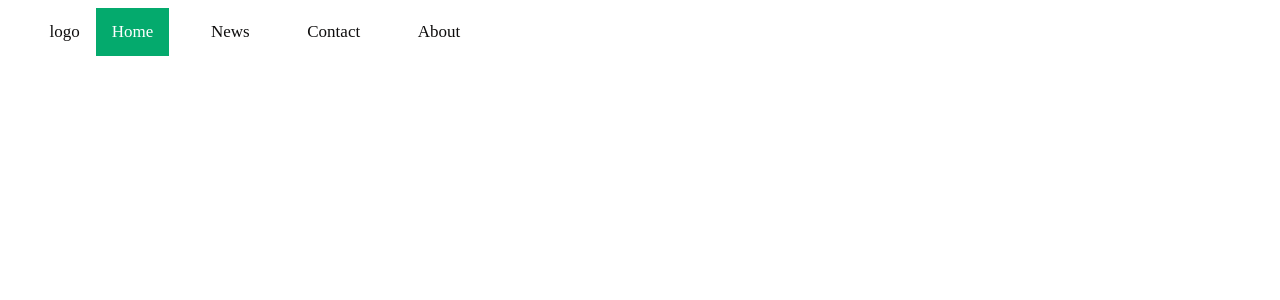
Repository: heartcut/NEWBCOINsite
Page: index.html
The author's editor kept a copy of each file at every save. The page is drawn from the files as they stood at one save, then again after the next save.
The browser window is 1280 px wide. The pictures show the whole page.

Above is the page before, as saved 2022-02-07 23:30:08.
Not found: js/scripts.js

After the next save:
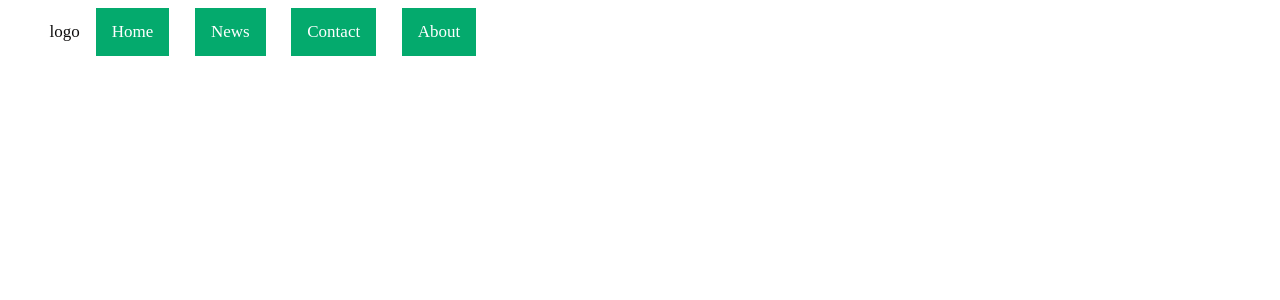
Saved 35 s later.
--- a/index.html
+++ b/index.html
@@ -28,10 +28,10 @@
     <div class="topnav">
         <a href="#news" style="margin-left:2vw;">logo</a>
 
-        <a class="active" style="margin-right:2vw;" href="#home">Home</a>
-        <a href="#news" style="margin-right:2vw;">News</a>
-        <a href="#contact" style="margin-right:2vw;">Contact</a>
-        <a href="#about" style="margin-right:2vw;">About</a>
+        <a class="active right" style="margin-right:2vw;" href="#home">Home</a>
+        <a href="#news" class="active right" style="margin-right:2vw;">News</a>
+        <a href="#contact" class="active right" style="margin-right:2vw;">Contact</a>
+        <a href="#about" class="active right" style="margin-right:2vw;">About</a>
     </div>
     <script src="js/scripts.js"></script>
 </body>

After the save that followed:
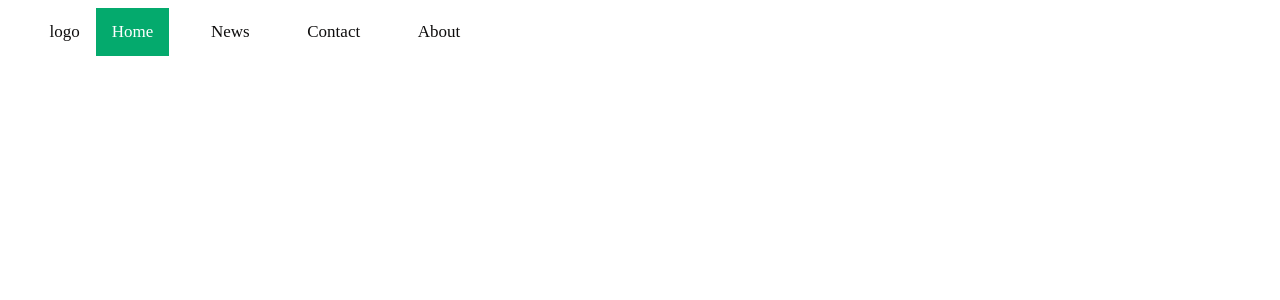
Saved 10 s later.
--- a/index.html
+++ b/index.html
@@ -29,9 +29,9 @@
         <a href="#news" style="margin-left:2vw;">logo</a>
 
         <a class="active right" style="margin-right:2vw;" href="#home">Home</a>
-        <a href="#news" class="active right" style="margin-right:2vw;">News</a>
-        <a href="#contact" class="active right" style="margin-right:2vw;">Contact</a>
-        <a href="#about" class="active right" style="margin-right:2vw;">About</a>
+        <a href="#news" class="right" style="margin-right:2vw;">News</a>
+        <a href="#contact" class="right" style="margin-right:2vw;">Contact</a>
+        <a href="#about" class="right" style="margin-right:2vw;">About</a>
     </div>
     <script src="js/scripts.js"></script>
 </body>
